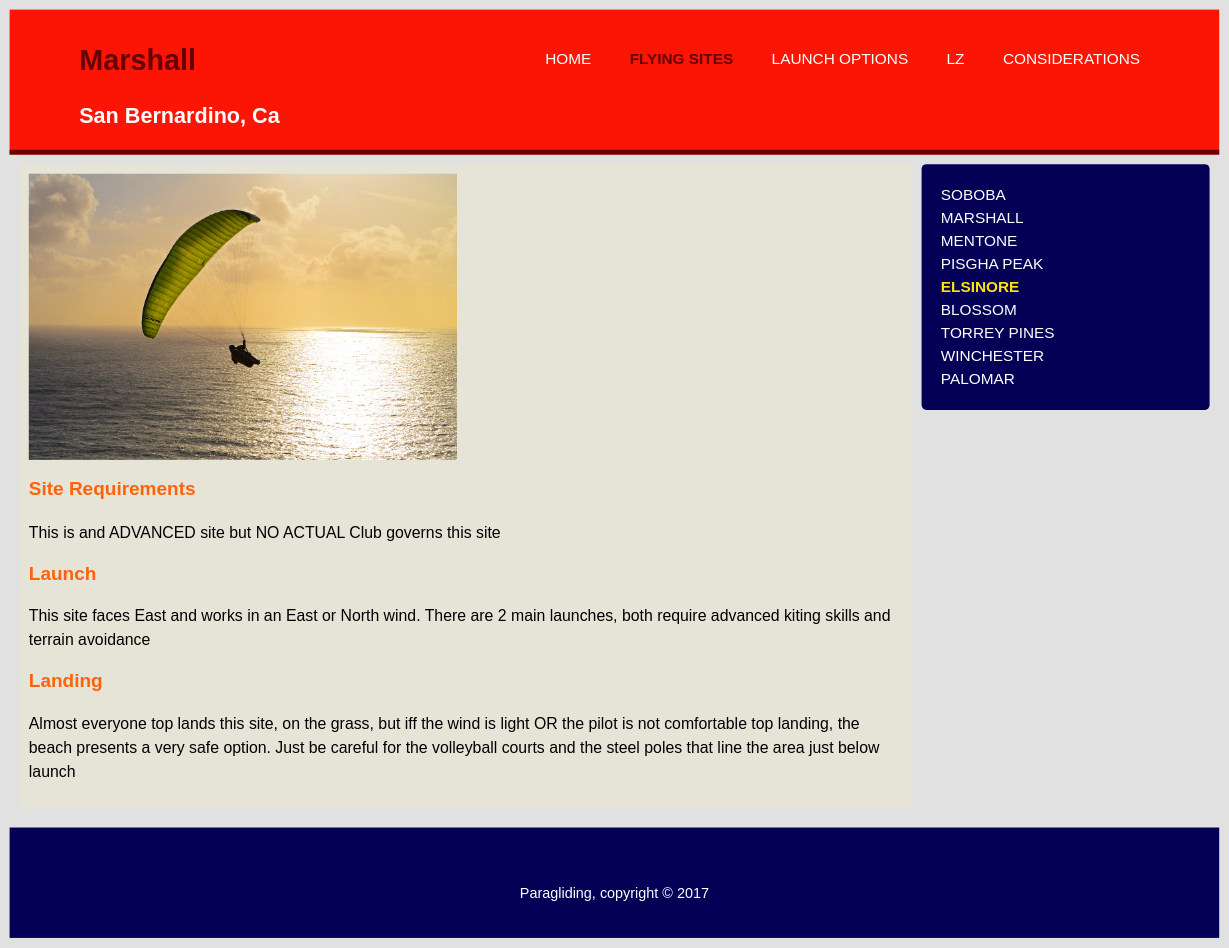
Repository: allenthoe/allenthoe.github.io
Page: Elsinore.html
The author's editor kept a record of every edit. The page is drawn from the files as they stood at one moment, then again after the next edit.
The browser window is 1280 px wide. The pictures show the whole page, at 96% of full size.

Above is the page before.

### Elsinore.html
<html>
<head>
	<meta charset="utf-8">
		<meta name="viewport" content="width=device-width">
		<meta name="description" content="All the things you wanted to know about paragliding but were afraid to ask">
		<meta name="keywords" content="Paragliding, training, marshall, crestline, soboba, elsinore, mentone">
		<title> Elsinore | Site Guide </title>
		<link rel="stylesheet" href="./styles/style.css">

		<style>

		</style>

</head>

<body>
	<header>
		<div class="container">
			<div id="branding">
				<h1><span class="highlight">Marshall</span></h1>
				<h2>San Bernardino, Ca</h2>
			</div>
		<nav>
			<ul>
				<li><a href="index.html">Home</a></li>
				<li class="current"><a href="Marshall.html">Flying Sites </a></li>
				<li><a href="weather.html">Launch Options</a></li>
				<li><a href="gear.html">LZ</a></li>
				<li><a href="training.html">Considerations</a></li>
			</ul>
		</nav>
		</div>
	</header>


	<div class="sideright">
	<ul>
		<li><a href="Soboba.html">Soboba</a></li>
		<li><a href="Marshall.html">Marshall</a></li>
		<li><a href="Mentone.html">Mentone</a></li>
		<li><a href="Pisgha.html">Pisgha Peak</a></li>
		<li class="current"><a href="Elsinore.html">Elsinore</a></li>
		<li><a href="Blossom.html">Blossom</a></li>
		<li><a href="Torrey.html">Torrey Pines</a></li>
		<li><a href="Winchester.html">Winchester</a></li>
		<li><a href="Palomar.html">Palomar</a></li
	</ul>
	</div>

<div class="main">
	<img src="./img/zero_smaller.jpg" width ="49%"/>
<h2> Site Requirements </h2>

<p>This is and ADVANCED site but NO ACTUAL Club governs this site</p>

<h2> Launch </h2>

<p>This site faces East and works in an East or North wind.  There are 2 main launches, both require advanced kiting skills and terrain avoidance</p>

<h2> Landing </h2>

<p>Almost everyone top lands this site, on the grass, but iff the wind is light OR the pilot is not comfortable top landing, the beach presents a very safe option.  Just be careful for the volleyball courts and the steel poles that line the area just below launch</p>

</div>



<footer>
	</br>
	<p>Paragliding, copyright &copy; 2017</p>
</footer>

### styles/style.css
body {
	font-family: Arial, Helvetica,  sans-serif;
	font-size: 15px;
	line-height:1.5;
	padding: 5;
	margin: 5;
	background-color: #e1e1e1;
	}

/* Global */
.container{
		width: 90%;
		margin:auto;
		overflow:hidden;
}
ul {
		padding:0;
		margin:0;
}f

.button_1 {
	height:38px;
	background:#e8491d;
	border:0;
	padding-left:20px;
	padding-right:20px;
	color:#ffffff;
}

/* Header **/
header {
	background: #fc1505;
	color:#ffffff;
	padding-top:30px;
	padding-left: 10px;
	min-height:70px;
	border-bottom:#660202
	5px solid;
}

header .highlight, header .current a{
	color:#660202;
	font-weight: bold;
}

header a{
	color:#ffffff;
	text-decoration: none;
	text-transform: uppercase;
	font-size: 16px;
}


header ul{
	margin:0;
	padding: 0;
}

header li {
	float:left;
	display:inline;
	padding: 0 20px 0 20px;
}

header #branding{
	float:left;
}

header #branding h1{
	margin:0;
}

header nav{
	float:right;
	margin-top: 10px;
}

header a:hover{
	color:#cccccc;
	font-weight:bold;
}

/*showcase */
#showcase{
	min-height:200px;
	background:url('../img/zero_smaller.jpg') no-repeat;
	background-position:center;
	text-align:center;
	color:660202;
	max-height:400px;
}

#showcase h1{
	margin-top:75px;
	font-size: 55px;
	margin-bottom:10px;
}

#showcase p{
	font-size:25px;
	padding:40px;
}

#newsletter{
	padding:5px;
	color:#ffffff;
	background:#fc1505;
}

#newsletter h1{
	float:left;
	margin-top: 5px;
}

#newsletter form{
	float:right;
	margin-top:2px;

}

#newsletter input{
	padding:2px;
	height:15px;
	width:250px;
}
/*siteguide */
#siteguide {
	min-height:200px;
	background:url(http://imgur.com/x9koynk) no-repeat;
	background-position:center;
	text-align:center;
	color:#ffffff;
	max-height:300px;
	padding-bottom: 2px;
}
#siteguide h1{
	margin-top:1750;
	font-size: 55px;
	margin-bottom: 0px;
}

#siteguide p{
	font-size:20px;
	padding:0px;
}

/*boxes */
#boxes{
	margin-top:20px;
}

#boxes .box{
	float:left;
	text-align:center;
	width:28%;
	padding:1%;
}

#boxes .box img{
	width: 97%;
}

footer{
	padding:20px;
	margin-top:20px;
	color:#ffffff;
	background-color:#040056;
	text-align:center;
}

.main {
	background-color:#e5e4d7;
	margin-left:10px;
	margin-right:320px;
	margin-top: 10px;
	margin-bottom: 10px;
	border-radius: 5px;
	padding: 10px;
	font-size: 110%;
}

.main a{
	text-decoration: none;
	color: black;
}

.main a:hover{
	color:#cccccc;
	font-weight:bold;
}

.sideright {
	background-color: #040056;
	font-size:105%;
	padding: 20px;
	width: 260px;
	float: right;
	border-radius: 5px;
	margin-left:10px; margin-right:10px;
	margin-top:10px; margin-bottom:10px;
}

.sideright a {
	color:#ffffff;
	text-decoration: none;
	text-transform: uppercase;
	font-size: 16px;
}
.sideright li {
	list-style: none;

}



.current a{
	color:#ffe30f;
	font-weight: bold;
}

.main h2 {
	font-size: 120%;
	color: #ff630a;
}

.element {
	text-shadow:
		-1px -1px 0 #ffffff,
		1px -1px 0 #ffffff,
		-1px 1px 0 #ffffff,
		1px 1px 0 #ffffff;
}

After the next edit:
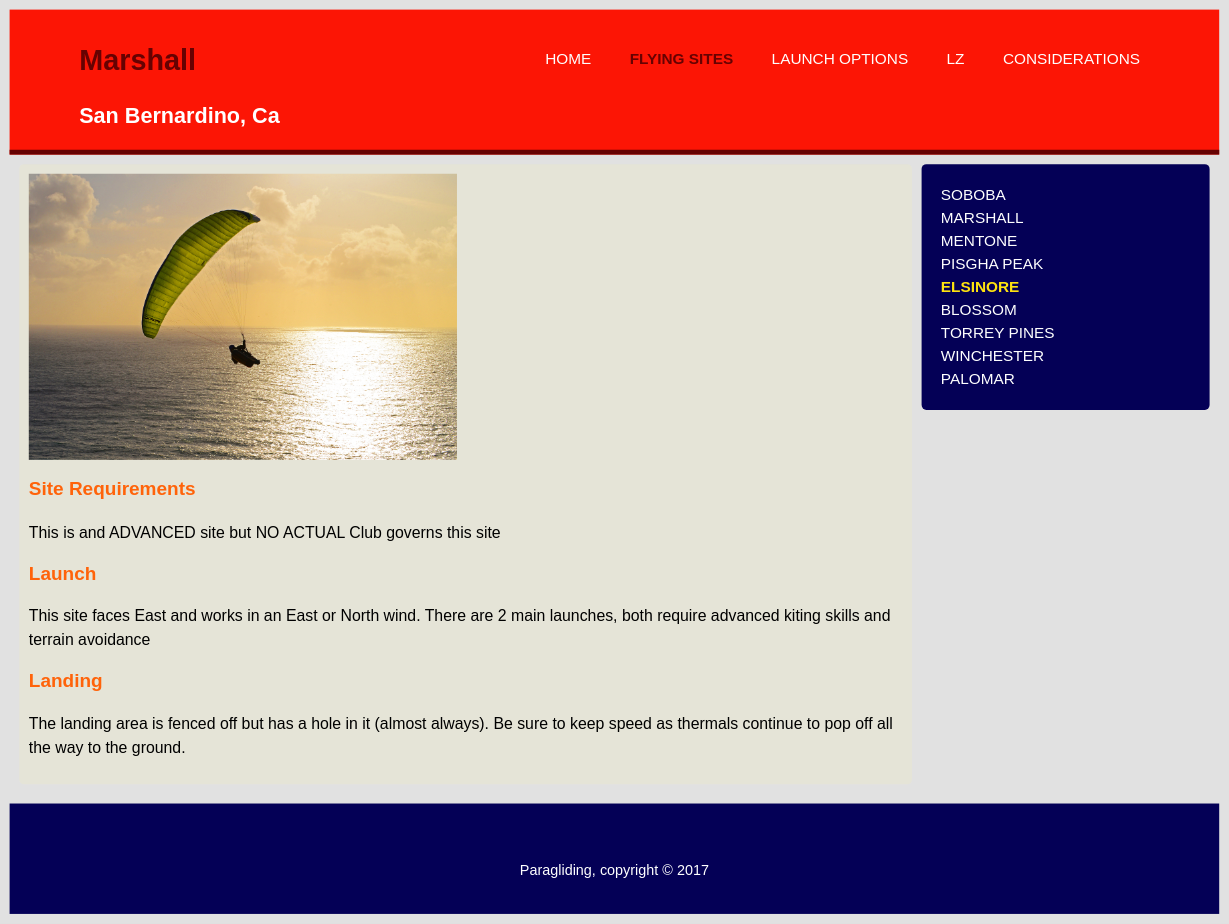
The edit:
--- a/Elsinore.html
+++ b/Elsinore.html
@@ -59,7 +59,7 @@
 
 <h2> Landing </h2>
 
-<p>Almost everyone top lands this site, on the grass, but iff the wind is light OR the pilot is not comfortable top landing, the beach presents a very safe option.  Just be careful for the volleyball courts and the steel poles that line the area just below launch</p>
+<p>The landing area is fenced off but has a hole in it (almost always).  Be sure to keep speed as thermals continue to pop off all the way to the ground.</p>
 
 </div>
 
